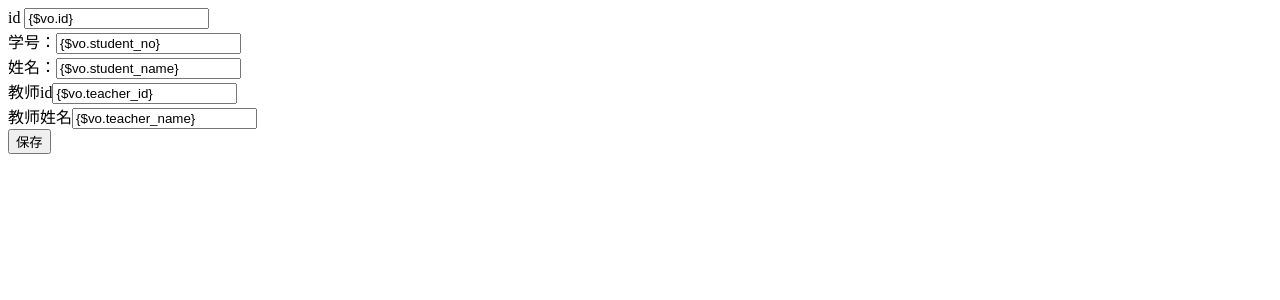
Repository: yonghuisu/THUVote
Page: LocalProject/Application/Home/View/Vote/edit.html
An editor plug-in stored every save of this project. The page is shown before and after the next save, followed by the edit.
The browser window is 1280 px wide. The pictures show the whole page.

Above is the page before, as saved 2014-04-14 11:25:52.

After the next save:
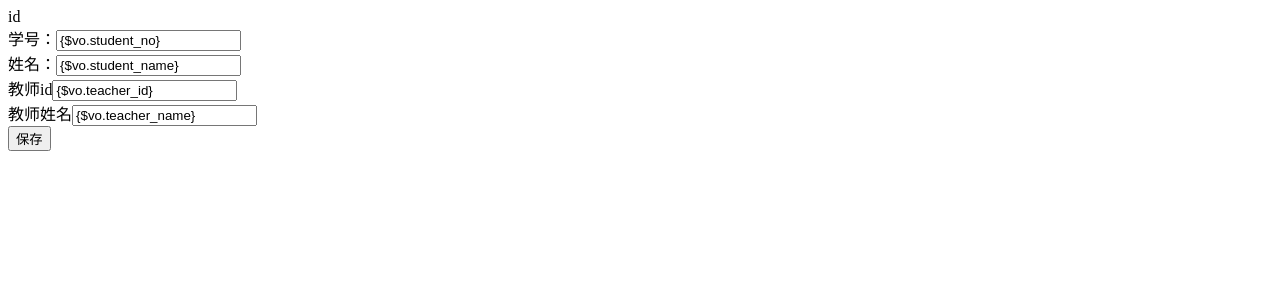
Saved 92 min 5 s later.
--- a/LocalProject/Application/Home/View/Vote/edit.html
+++ b/LocalProject/Application/Home/View/Vote/edit.html
@@ -1,6 +1,6 @@
 <FORM method="post" action="__URL__/update">
 <volist name="data" id = "vo">
-id  <INPUT type="text" name="student_no" value = "{$vo.id}"><br/>
+id  <INPUT type="hidden" name="student_no" value = "{$vo.id}"><br/>
 学号：<INPUT type="text" name="student_no" value = "{$vo.student_no}"><br/>
 姓名：<INPUT type="text" name="student_name" value="{$vo.student_name}"><br/>
 教师id<INPUT type="text" name = "teacher_id" value="{$vo.teacher_id}"><br/>
